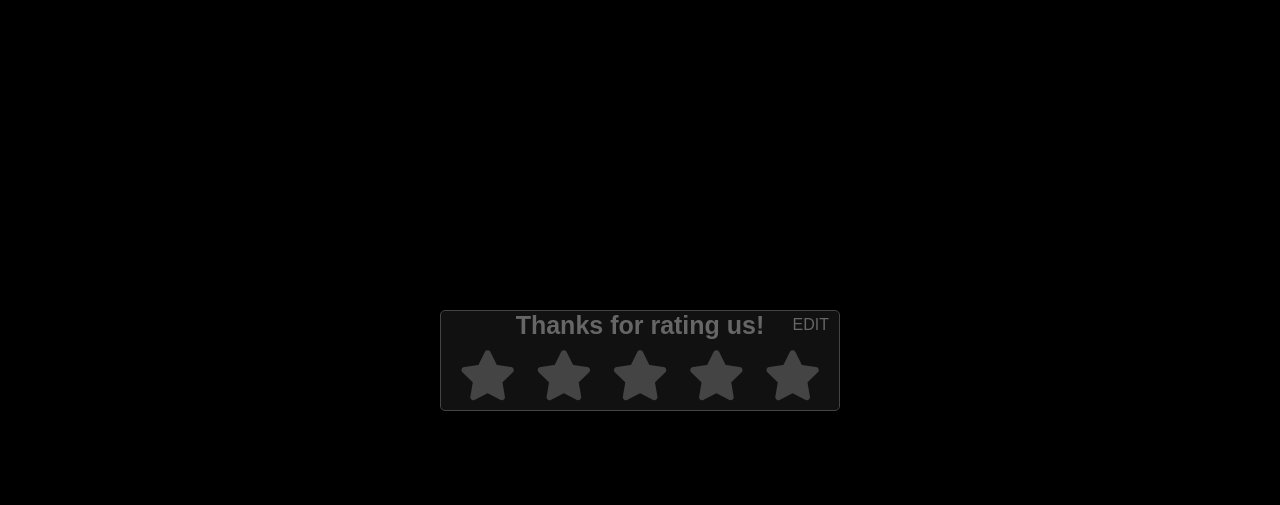
Repository: Suryansh-D/Star-Ratings
Page: index.html
These files come from the project's save history. The page is drawn as it stood at one moment and after the next save; the edit follows.
The browser window is 1280 px wide. The pictures show the whole page.

Above is the page before, as saved 2024-02-03 10:29:07.

After the next save:
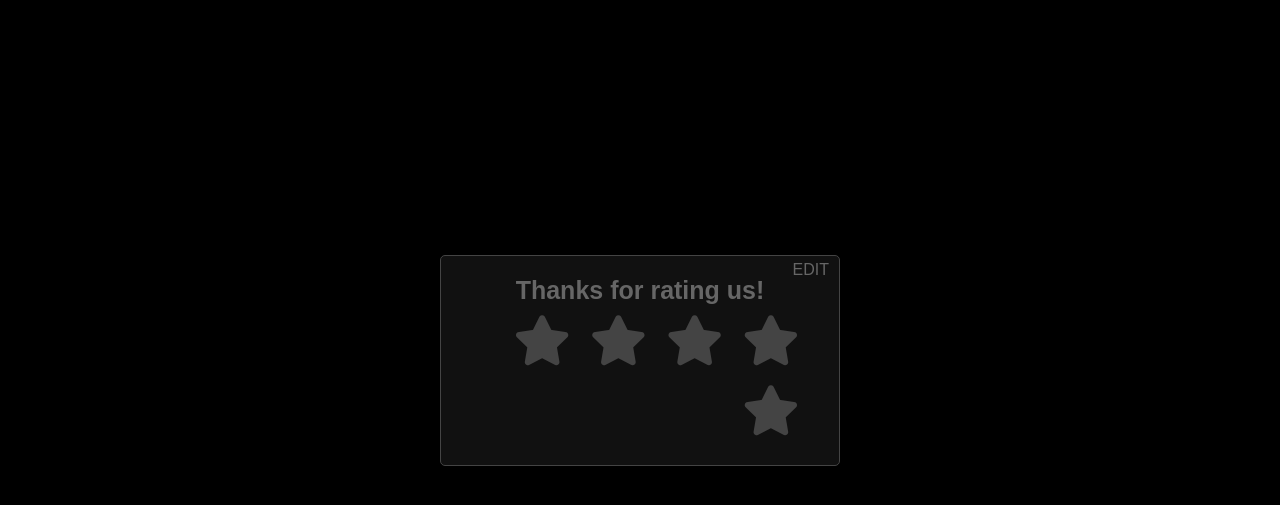
Saved 31 s later.
--- a/style.css
+++ b/style.css
@@ -17,7 +17,7 @@ html, body {
     position: relative;
     width: 400px;
     background: #111;
-    padding: 20px , 30px;
+    padding: 20px  30px;
     border: 1px solid #444;
     border-radius: 5px;
     display: flex;
